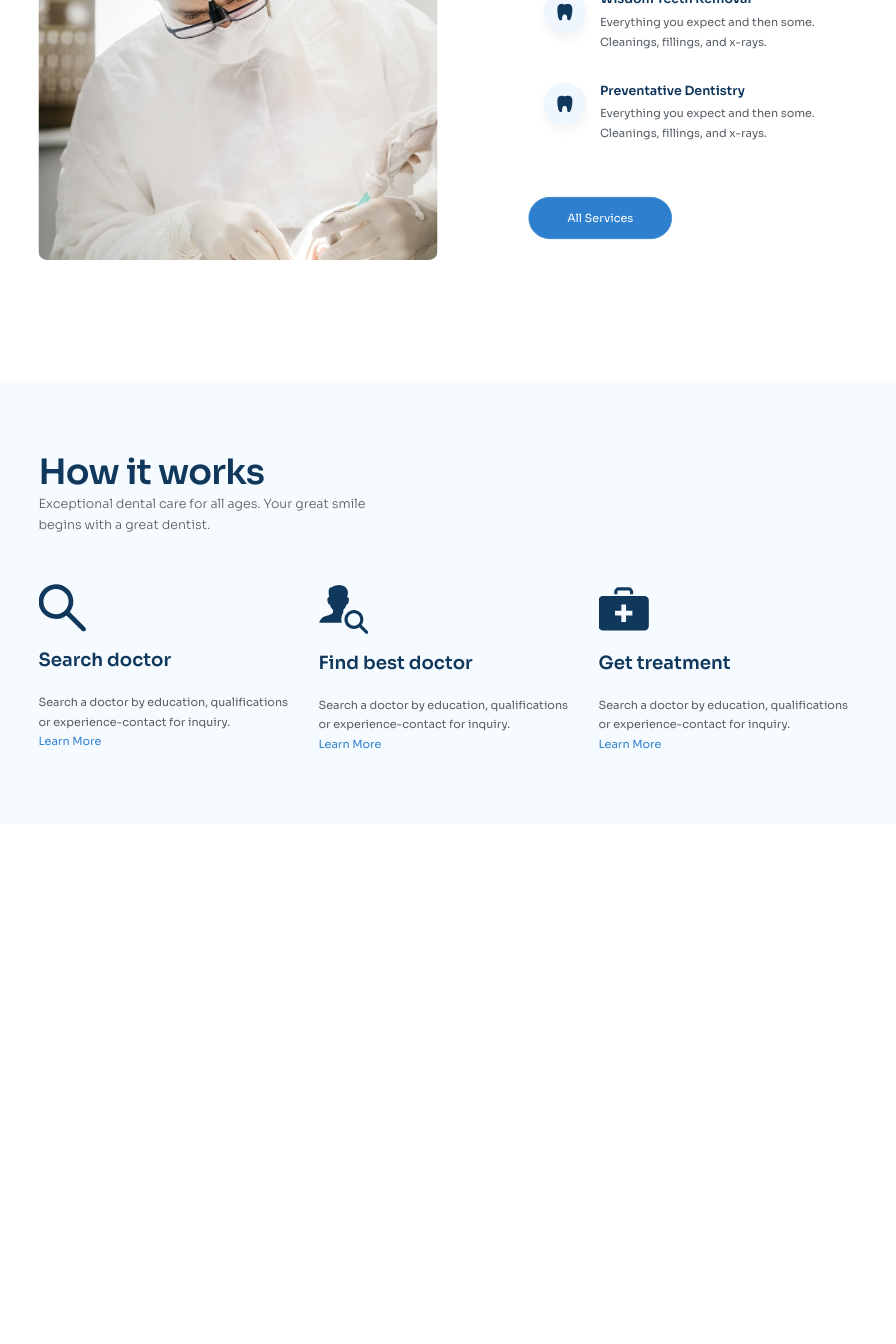
Repository: Tran-Dat/F8_Project_03
Page: index.html
These files come from the project's save history. The page is drawn as it stood at one moment and after the next save; the edit follows.
The browser window is 1280 px wide. The pictures show the part of the page from y = 1358 to 3278 px (the page is 3800 px tall), at 70% of full size.

Above is the page before, as saved 2023-04-03 15:50:09.

### index.html
<!DOCTYPE html>
<html lang="en">
    <head>
        <meta charset="UTF-8" />
        <meta http-equiv="X-UA-Compatible" content="IE=edge" />
        <meta name="viewport" content="width=device-width, initial-scale=1.0" />
        <title>shine smile</title>

        <!-- Favicon -->
        <link rel="apple-touch-icon" sizes="57x57" href="./assets/favicon/" />
        <link
            rel="apple-touch-icon"
            sizes="60x60"
            href="./assets/favicon/apple-icon-60x60.png"
        />
        <link
            rel="apple-touch-icon"
            sizes="72x72"
            href="./assets/favicon/apple-icon-72x72.png"
        />
        <link
            rel="apple-touch-icon"
            sizes="76x76"
            href="./assets/favicon/apple-icon-76x76.png"
        />
        <link
            rel="apple-touch-icon"
            sizes="114x114"
            href="./assets/favicon/apple-icon-114x114.png"
        />
        <link
            rel="apple-touch-icon"
            sizes="120x120"
            href="./assets/favicon/apple-icon-120x120.png"
        />
        <link
            rel="apple-touch-icon"
            sizes="144x144"
            href="./assets/favicon/apple-icon-144x144.png"
        />
        <link
            rel="apple-touch-icon"
            sizes="152x152"
            href="./assets/favicon/apple-icon-152x152.png"
        />
        <link
            rel="apple-touch-icon"
            sizes="180x180"
            href="./assets/favicon/apple-icon-180x180.png"
        />
        <link
            rel="icon"
            type="image/png"
            sizes="192x192"
            href="./assets/favicon/android-icon-192x192.png"
        />
        <link
            rel="icon"
            type="image/png"
            sizes="32x32"
            href="./assets/favicon/favicon-32x32.png"
        />
        <link
            rel="icon"
            type="image/png"
            sizes="96x96"
            href="./assets/favicon/favicon-96x96.png"
        />
        <link
            rel="icon"
            type="image/png"
            sizes="16x16"
            href="./assets/favicon/favicon-16x16.png"
        />
        <link rel="manifest" href="./assets/favicon/manifest.json" />
        <meta name="msapplication-TileColor" content="#ffffff" />
        <meta
            name="msapplication-TileImage"
            content="./assets/favicon/ms-icon-144x144.png"
        />
        <meta name="theme-color" content="#ffffff" />

        <!-- Emmet Fonts -->
        <link rel="preconnect" href="https://fonts.googleapis.com" />
        <link rel="preconnect" href="https://fonts.gstatic.com" crossorigin />
        <link
            href="https://fonts.googleapis.com/css2?family=Sora:wght@300;400;500;600;700;800&display=swap"
            rel="stylesheet"
        />

        <!-- Reset Css -->
        <link rel="stylesheet" href="./assets/css/reset.css" />
        <link rel="stylesheet" href="./assets/css/style.css" />
    </head>
    <body>
        <!-- Header -->
        <header class="header">
            <div class="container">
                <!-- Header top -->
                <div class="header-top">
                    <!-- Logo -->
                    <a href="/">
                        <div class="logo">
                            <span class="logo__circle"> </span>
                            <span class="logo__text">
                                <span class="logo__brand">Shine</span>
                                <span class="logo__brand logo__brand--small">
                                    smile
                                </span>
                            </span>
                        </div>
                    </a>

                    <!-- NavBar -->
                    <nav class="navbar">
                        <ul class="navbar__list">
                            <li class="navbar__item">
                                <a
                                    href="#!"
                                    class="navbar__link navbar__item--active"
                                >
                                    Home
                                </a>
                            </li>
                            <li class="navbar__item">
                                <a href="#!" class="navbar__link">Services</a>
                            </li>
                            <li class="navbar__item">
                                <a href="#!" class="navbar__link">About</a>
                            </li>
                            <li class="navbar__item">
                                <a href="#!" class="navbar__link">Doctors</a>
                            </li>
                        </ul>
                    </nav>

                    <!-- Action -->
                    <div class="header-action">
                        <a href="" class="header-action__login">Log In</a>
                        <button href="" class="btn header-action__signup">
                            Sign Up
                        </button>
                    </div>
                </div>

                <!-- Hero -->
                <section class="hero">
                    <!-- Hero content -->
                    <section class="hero__content">
                        <h1 class="hero__heading">
                            Exceptional dental care for all ages.
                        </h1>
                        <p class="hero__desc">
                            Exceptional dental care for all ages. Your great
                            smile begins with a great dentist.
                        </p>
                        <div class="hero__row">
                            <a href="" class="btn">Book Online</a>
                            <span class="hero__phone"
                                >or call (123) 456-7890</span
                            >
                        </div>
                    </section>

                    <!-- Hero media -->
                    <div class="hero__media">
                        <figure class="hero__images">
                            <img
                                src="./assets/img/hero-01.jpg"
                                alt=""
                                class="hero__img"
                            />
                            <img
                                src="./assets/img/hero-02.jpg"
                                alt=""
                                class="hero__img"
                            />
                        </figure>
                    </div>
                </section>
            </div>
        </header>

        <main style="height: 3000px">
            <!-- Service -->
            <section class="service">
                <div class="container">
                    <h2 class="service__heading section-heading">
                        Our services
                    </h2>
                    <p class="service__desc section-desc">
                        Exceptional dental care for all ages. Your great smile
                        begins with a great dentist.
                    </p>

                    <div class="service__row">
                        <figure>
                            <img
                                src="./assets/img/hero-01.jpg"
                                alt=""
                                class="service__img"
                            />
                        </figure>

                        <div>
                            <!-- Service List -->
                            <div class="service__list">
                                <!-- Service item 1 -->
                                <section class="service-item">
                                    <div class="service-item__icon">
                                        <!-- icon -->
                                        <svg
                                            width="22"
                                            height="24"
                                            viewBox="0 0 22 24"
                                            fill="none"
                                            xmlns="http://www.w3.org/2000/svg"
                                        >
                                            <path
                                                d="M20.3598 2.63964C17.9506 -0.556131 14.2772 -0.568132 11.2481 1.10682C11.001 1.24657 10.7219 1.31411 10.4406 1.30222C10.1592 1.29033 9.88633 1.19945 9.65105 1.03931C8.49552 0.245717 7.29036 -0.316477 5.13904 0.207462C0.623408 1.3071 0 4.90379 0 8.99816C0.0797353 12.1602 0.500857 15.3032 1.25551 18.3683C2.11836 22.0168 3.90382 24 5.43354 24C6.96326 24 7.00963 22.2204 7.00963 20.8016C7.00963 19.2009 7.39505 14.8009 10.8642 14.8009C13.5317 14.8009 14.3333 18.4013 14.3333 20.8016C14.3329 23.095 15.1722 24 16.6628 24C19.5267 24 20.9796 15.3938 21.3719 13.1237C21.7642 10.8535 22.9882 6.12569 20.3598 2.63964Z"
                                                fill="currentColor"
                                            />
                                        </svg>
                                    </div>

                                    <div class="service-item__body">
                                        <h3 class="service-item__heading">
                                            Oral Surgery
                                        </h3>
                                        <p class="service-item__desc">
                                            Everything you expect and then some.
                                            Cleanings, fillings, and x-rays.
                                        </p>
                                    </div>
                                </section>

                                <!-- Service item 2 -->
                                <section class="service-item">
                                    <div class="service-item__icon">
                                        <!-- icon -->
                                        <svg
                                            width="22"
                                            height="24"
                                            viewBox="0 0 22 24"
                                            fill="none"
                                            xmlns="http://www.w3.org/2000/svg"
                                        >
                                            <path
                                                d="M20.3598 2.63964C17.9506 -0.556131 14.2772 -0.568132 11.2481 1.10682C11.001 1.24657 10.7219 1.31411 10.4406 1.30222C10.1592 1.29033 9.88633 1.19945 9.65105 1.03931C8.49552 0.245717 7.29036 -0.316477 5.13904 0.207462C0.623408 1.3071 0 4.90379 0 8.99816C0.0797353 12.1602 0.500857 15.3032 1.25551 18.3683C2.11836 22.0168 3.90382 24 5.43354 24C6.96326 24 7.00963 22.2204 7.00963 20.8016C7.00963 19.2009 7.39505 14.8009 10.8642 14.8009C13.5317 14.8009 14.3333 18.4013 14.3333 20.8016C14.3329 23.095 15.1722 24 16.6628 24C19.5267 24 20.9796 15.3938 21.3719 13.1237C21.7642 10.8535 22.9882 6.12569 20.3598 2.63964Z"
                                                fill="currentColor"
                                            />
                                        </svg>
                                    </div>

                                    <div class="service-item__body">
                                        <h3 class="service-item__heading">
                                            Wisdom Teeth Removal
                                        </h3>
                                        <p class="service-item__desc">
                                            Everything you expect and then some.
                                            Cleanings, fillings, and x-rays.
                                        </p>
                                    </div>
                                </section>

                                <!-- Service item 3 -->
                                <section class="service-item">
                                    <div class="service-item__icon">
                                        <!-- icon -->
                                        <svg
                                            width="22"
                                            height="24"
                                            viewBox="0 0 22 24"
                                            fill="none"
                                            xmlns="http://www.w3.org/2000/svg"
                                        >
                                            <path
                                                d="M20.3598 2.63964C17.9506 -0.556131 14.2772 -0.568132 11.2481 1.10682C11.001 1.24657 10.7219 1.31411 10.4406 1.30222C10.1592 1.29033 9.88633 1.19945 9.65105 1.03931C8.49552 0.245717 7.29036 -0.316477 5.13904 0.207462C0.623408 1.3071 0 4.90379 0 8.99816C0.0797353 12.1602 0.500857 15.3032 1.25551 18.3683C2.11836 22.0168 3.90382 24 5.43354 24C6.96326 24 7.00963 22.2204 7.00963 20.8016C7.00963 19.2009 7.39505 14.8009 10.8642 14.8009C13.5317 14.8009 14.3333 18.4013 14.3333 20.8016C14.3329 23.095 15.1722 24 16.6628 24C19.5267 24 20.9796 15.3938 21.3719 13.1237C21.7642 10.8535 22.9882 6.12569 20.3598 2.63964Z"
                                                fill="currentColor"
                                            />
                                        </svg>
                                    </div>

                                    <div class="service-item__body">
                                        <h3 class="service-item__heading">
                                            Preventative Dentistry
                                        </h3>
                                        <p class="service-item__desc">
                                            Everything you expect and then some.
                                            Cleanings, fillings, and x-rays.
                                        </p>
                                    </div>
                                </section>
                            </div>

                            <a href="" class="btn">All Services</a>
                        </div>
                    </div>
                </div>
            </section>

            <!-- Work -->
            <section class="work">
                <div class="container">
                    <h2 class="section-heading">How it works</h2>
                    <p class="section-desc work__desc">
                        Exceptional dental care for all ages. Your great smile
                        begins with a great dentist.
                    </p>

                    <!-- Work List -->
                    <div class="work__list">
                        <!-- work item 1 -->
                        <section class="work-item">
                            <img
                                src="./assets/icon/search.svg"
                                alt="search"
                                class="work-item__icon"
                            />
                            <h3 class="work-item__heading">Search doctor</h3>
                            <p class="work-item__desc">
                                Search a doctor by education, qualifications or
                                experience-contact for inquiry.
                            </p>
                            <a href="#!" class="work__more">Learn More</a>
                        </section>

                        <!-- work item 2 -->
                        <section class="work-item">
                            <img
                                src="./assets/icon/search-use.svg"
                                alt="search"
                                class="work-item__icon"
                            />
                            <h3 class="work-item__heading">Find best doctor</h3>
                            <p class="work-item__desc">
                                Search a doctor by education, qualifications or
                                experience-contact for inquiry.
                            </p>
                            <a href="#!" class="work__more">Learn More</a>
                        </section>

                        <!-- work item 3 -->
                        <section class="work-item">
                            <img
                                src="./assets/icon/bag.svg"
                                alt="search"
                                class="work-item__icon"
                            />
                            <h3 class="work-item__heading">Get treatment</h3>
                            <p class="work-item__desc">
                                Search a doctor by education, qualifications or
                                experience-contact for inquiry.
                            </p>
                            <a href="#!" class="work__more">Learn More</a>
                        </section>
                    </div>
                </div>
            </section>
        </main>
    </body>
</html>

### assets/css/style.css
* {
    box-sizing: border-box;
}

:root {
    --header-bg: #10375c;
}

html {
    font-size: 62.5%;
}

body {
    font-size: 1.6rem;
    font-family: "Sora", sans-serif;
}

/* ================================================================ Common ================================================================ */

.btn {
    --height: 60px;

    display: inline-block;
    min-width: 205px;
    height: var(--height);
    padding: 0 20px;
    border-radius: 99px;
    border: 1px solid #2e80ce;
    font-size: 1.6rem;
    font-weight: 400;
    text-align: center;
    line-height: var(--height);
    color: #fff;
    background: #2e80ce;
}

.btn:hover {
    opacity: 0.9;
    cursor: pointer;
}

a {
    text-decoration: none;
}

.container {
    width: 1170px;
    max-width: calc(100% - 48px);
    margin: 0 auto;
}

.section-heading {
    font-weight: 600;
    font-size: 5rem;
    line-height: 1.2;
    letter-spacing: -0.02em;
    color: #10375c;
}

.section-desc {
    font-weight: 300;
    font-size: 1.8rem;
    line-height: 1.67;
    color: #575f66;
}

/* ================================================================ Header ================================================================ */

.header {
    min-height: 100vh;
    background: var(--header-bg);
    padding-top: 30px;
}

.header-top {
    display: flex;
    justify-content: space-between;
    align-items: center;
}

.logo {
    display: inline-flex;
    position: relative;
    font-size: 1rem;
}

.logo__circle::before,
.logo__circle::after {
    content: "";
    display: inline-block;
    border-radius: 50%;
}

.logo__circle::before {
    width: 3em;
    height: 3em;
    background: #2e80ce;
}

.logo__circle::after {
    position: absolute;
    top: 1.1em;
    left: 1.1em;
    width: 1.6em;
    height: 1.6em;
    background: #fff;
}

.logo__text {
    margin-left: 0.6em;
    text-align: right;
    line-height: 1.6em;
}

.logo__brand {
    display: block;
    font-size: 1.8em;
    font-weight: 400;
    color: #fff;
}

.logo__brand--small {
    font-size: 1.2em;
    font-weight: 300;
}

.navbar__list {
    display: flex;
}

.header-action__login,
.navbar__link {
    padding: 4px 21px;
    font-weight: 300;
    font-size: 1.6rem;
    line-height: 1.75;
    color: #c9d2da;
}

.navbar__link:hover,
.navbar__item--active {
    text-shadow: 1px 0 0 currentColor;
    color: #fff;
}

.navbar__item--active::before {
    position: relative;
    left: -8px;
    top: -2px;
    content: "";
    display: inline-block;
    width: 6px;
    height: 6px;
    border-radius: 50%;
    background-color: #fff;
}

.header-action {
    display: flex;
    align-items: center;
}

.header-action__login {
    margin-right: 7px;
}

.header-action__signup {
    --height: 44px;
    height: var(--height);
    min-width: 104px;
}

/* ========================================== Hero =========================================== */

.hero {
    margin-top: 76px;
    display: flex;
    align-items: center;
    padding-bottom: 110px;
}

/*           Hero content             */
.hero__content {
    flex-shrink: 0;
    width: 44%;
}

.hero__heading {
    font-weight: 600;
    font-size: 7rem;
    line-height: 1.14;
    letter-spacing: -0.02em;
    color: #ffffff;
}

.hero__desc {
    margin-top: 22px;
    font-weight: 300;
    font-size: 1.8rem;
    line-height: 1.67;
    color: #c9d2da;
}

.hero__row {
    display: flex;
    align-items: center;
    margin-top: 38px;
}

.hero__phone {
    margin-left: 38px;
    font-size: 1.8rem;
    line-height: 1.67;
    color: #ffffff;
}

/*           Hero media             */
.hero__media {
    flex-grow: 1;
}

.hero__images {
    display: flex;
    justify-content: flex-end;
    align-items: center;
}

.hero__img {
    width: 330px;
    height: 540px;
    border-radius: 6px;
    object-fit: cover;
}

.hero__img:first-child {
    position: relative;
    margin-right: -6px;
}

.hero__img:last-child {
    width: 210px;
    height: 410px;
}

/* ================================================================ Service ================================================================ */

.service {
    padding: 170px 0;
}

.service__heading,
.service__desc {
    text-align: center;
}

.service__desc {
    max-width: 468px;
    margin-left: auto;
    margin-right: auto;
}

.service__row {
    display: flex;
    justify-content: space-between;
    align-items: center;
    margin-top: 70px;
}

.service__img {
    height: 570px;
    width: 570px;
    object-fit: cover;
    border-radius: 12px;
}

/*******************service item*******************/
.service-item {
    display: flex;
    padding: 22px;
    width: 470px;
    background: #ffffff;
    border-radius: 10px;
    transition: 0.3s;
}

.service-item:hover {
    position: relative;
    box-shadow: 0px 14px 28px rgba(0, 0, 0, 0.05);
}

.service-item:hover .service-item__icon {
    background: #2e80ce;
    color: #fff;
}

.service-item__icon {
    display: flex;
    align-items: center;
    justify-content: center;
    flex-shrink: 0;
    width: 60px;
    height: 60px;
    background: #eff6fd;
    color: #10375c;
    box-shadow: 0px 8px 16px rgba(0, 0, 0, 0.05);
    border-radius: 50px;
}

.service-item__body {
    margin-left: 20px;
}

.service-item__heading {
    font-weight: 600;
    font-size: 1.8rem;
    line-height: 1.27;
    color: #10375c;
}

.service-item__desc {
    margin-top: 8px;
    font-size: 1.6rem;
    line-height: 1.75;
    color: #575f66;
}

.service__row .btn {
    margin-top: 55px;
}

/* ========================================== Work =========================================== */

.work {
    background: #f6fbff;
    padding: 100px 0;
}

.work__desc {
    width: 468px;
}

.work__list {
    display: grid;
    grid-template-columns: repeat(3, 1fr);
    column-gap: 30px;
    margin-top: 70px;
}

.work-item__heading {
    margin-top: 20px;
    font-weight: 600;
    font-size: 2.6rem;
    line-height: 1.38;
    color: #10375c;
}

.work-item__desc {
    margin-top: 28px;
    font-size: 1.6rem;
    line-height: 1.75;
    color: #575f66;
}

.work__more {
    padding-top: 18px;
    font-weight: 400;
    font-size: 1.6rem;
    line-height: 1.75;
    color: #2e80ce;
}

Loaded but not shown: assets/css/reset.css (common file)

After the next save:
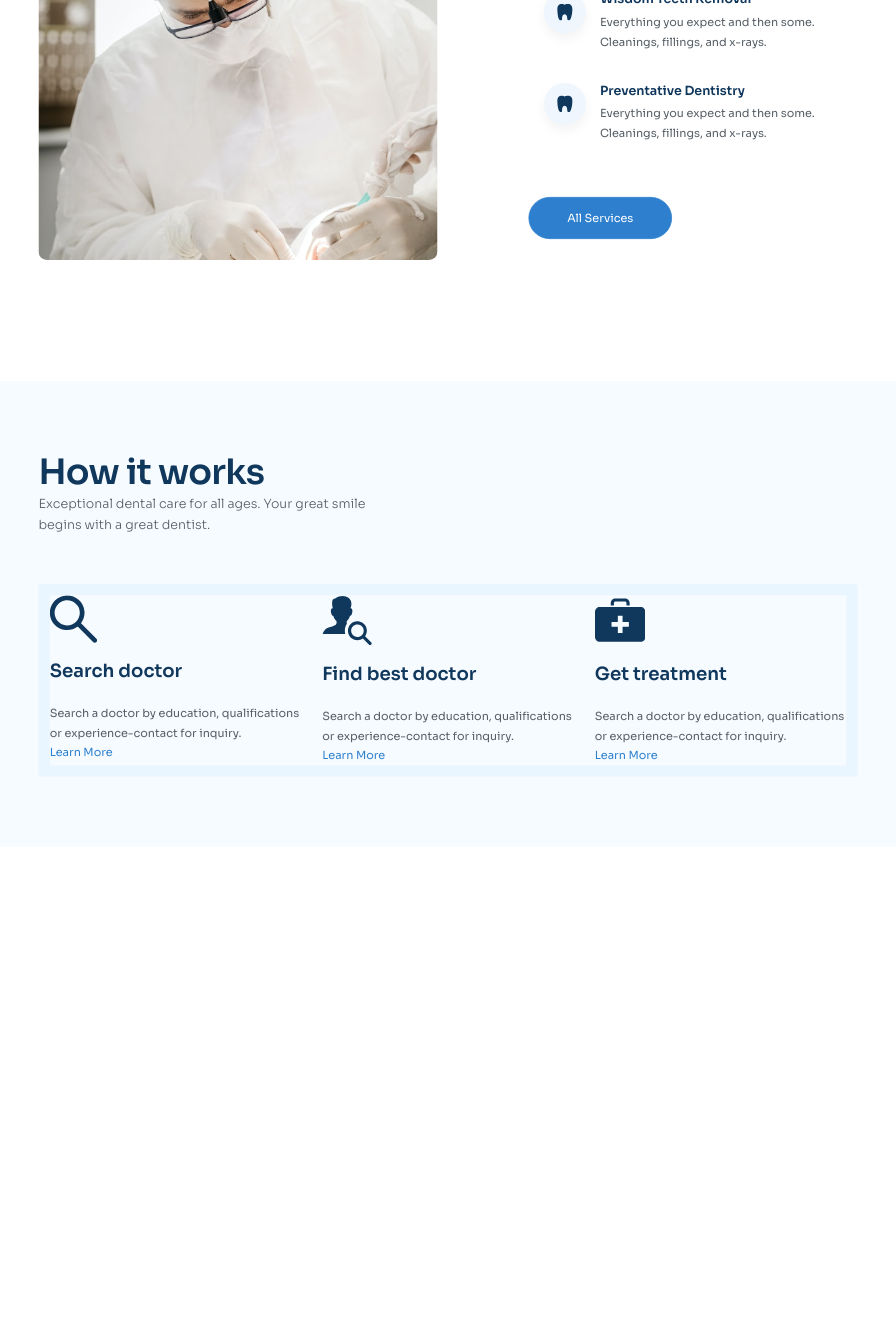
Saved 110 s later.
--- a/assets/css/style.css
+++ b/assets/css/style.css
@@ -344,6 +344,9 @@ a {
     grid-template-columns: repeat(3, 1fr);
     column-gap: 30px;
     margin-top: 70px;
+    border: 16px solid #eaf6ff;
+
+    border-radius: 4px;
 }
 
 .work-item__heading {
